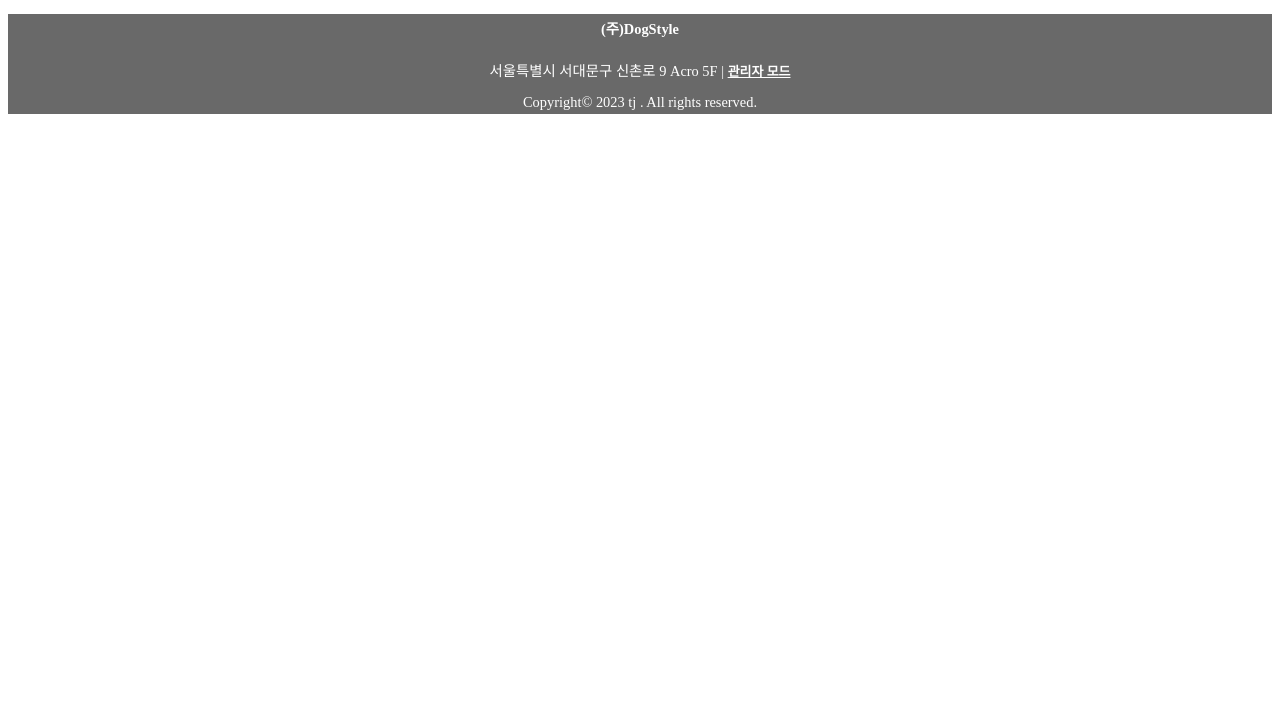
Repository: kdkk2000/Project
Page: http://localhost/petstyle/main/footer.jsp
These files come from the project's save history. The page is drawn as it stood at one moment and after the next save; the edit follows.
The browser window is 1280 px wide. The pictures show the whole page.
The page is served by Tomcat 9. Other server files are loaded and not shown.

Above is the page before, as saved 2023-03-28 01:23:07.

### petstyle/WebContent/main/footer.jsp
<%@ page language="java" contentType="text/html; charset=UTF-8"
    pageEncoding="UTF-8"%>
<%@taglib prefix="c" uri="http://java.sun.com/jsp/jstl/core"%>
<%@taglib prefix="fmt" uri="http://java.sun.com/jsp/jstl/fmt" %>
<c:set var="conPath" value="${pageContext.request.contextPath }"/>
<!DOCTYPE html>
<html>
<head>
<meta charset="UTF-8">
<title>Insert title here</title>
<style>
	body { background-color: white; }
	footer {height:100px;background-color: dimgray;}
	footer #footer_conts, footer #footer_conts a {
		color:white;
		font-weight: blod;
		font-size:0.9em;
		text-align: center;
	}
	footer #footer_conts p:first-child {
		font-weight: bold; height: 30px; line-height: 30px;
	}
</style>
</head>
<body>
	<footer>
		<div id="footer_conts">
			<p>(주)DogStyle</p>
			<p>서울특별시 서대문구 신촌로 9 Acro 5F | <b><a href="${conPath }/adminLoginView.do">관리자 모드</a></b></p>
			<p>Copyright© 2023 tj . All rights reserved.</p>
		</div>
	</footer>
</body>
</html>

After the next save:
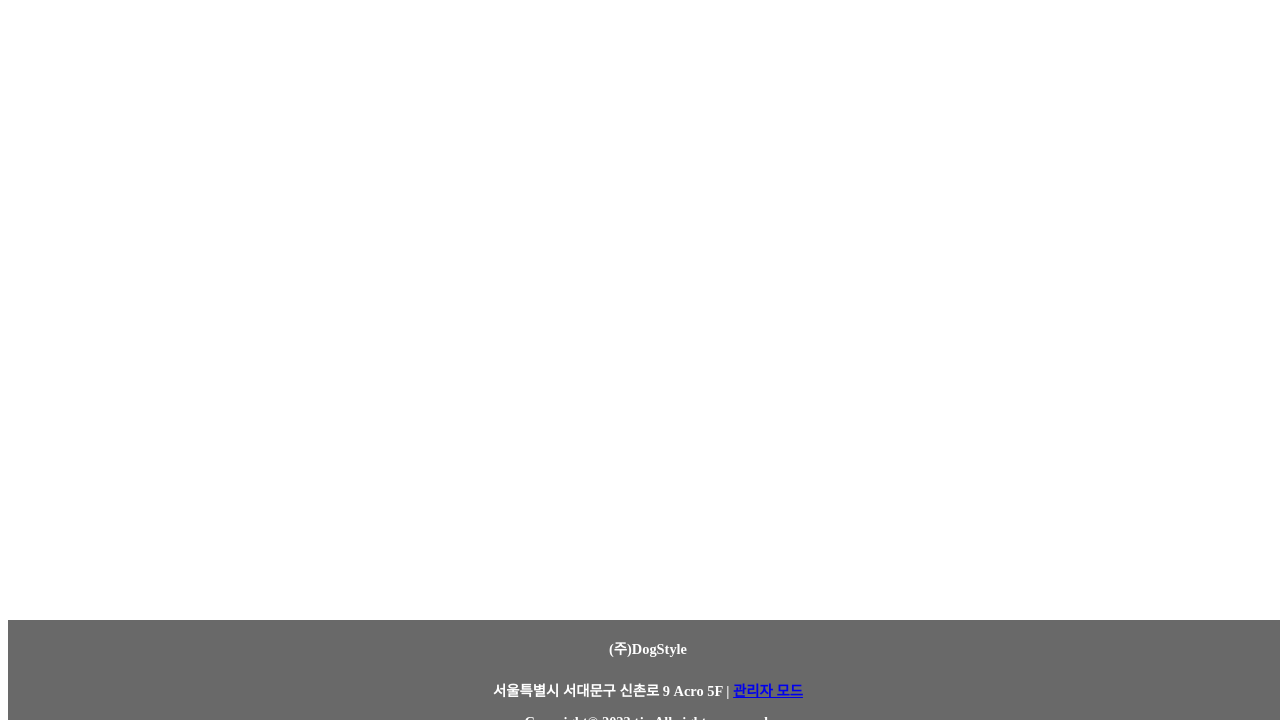
Saved 37 s later.
--- a/petstyle/WebContent/main/footer.jsp
+++ b/petstyle/WebContent/main/footer.jsp
@@ -9,17 +9,27 @@
 <meta charset="UTF-8">
 <title>Insert title here</title>
 <style>
-	body { background-color: white; }
-	footer {height:100px;background-color: dimgray;}
-	footer #footer_conts, footer #footer_conts a {
-		color:white;
-		font-weight: blod;
-		font-size:0.9em;
-		text-align: center;
-	}
-	footer #footer_conts p:first-child {
-		font-weight: bold; height: 30px; line-height: 30px;
-	}
+footer {
+  position: fixed;
+  bottom: 0;
+  height: 100px;
+  background-color: dimgray;
+  width: 100%;
+}
+
+#footer_conts {
+  color: white;
+  font-weight: bold;
+  font-size: 0.9em;
+  text-align: center;
+  margin: 0 auto;
+  width: 80%;
+}
+
+#footer_conts p:first-child {
+  height: 30px;
+  line-height: 30px;
+}
 </style>
 </head>
 <body>
